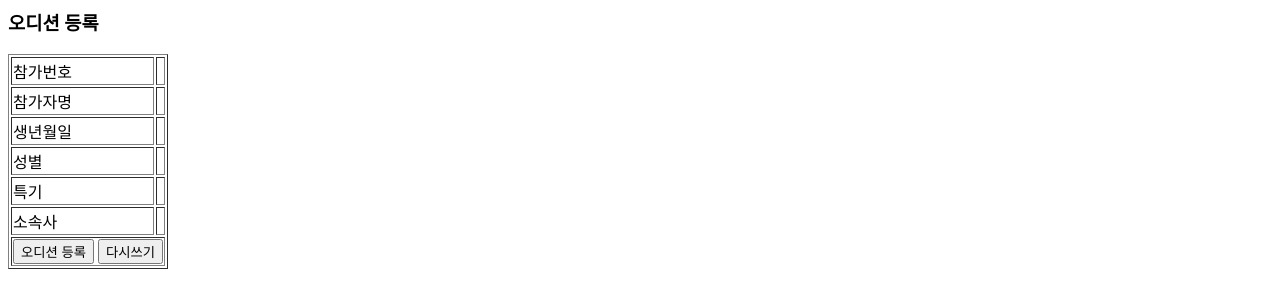
Repository: JQWJ/oudition_jsp
Page: http://localhost/oudition_pro/action/insert_oudition.jsp
These files come from the project's save history. The page is drawn as it stood at one moment and after the next save; the edit follows.
The browser window is 1280 px wide. The pictures show the whole page.
The page is served by Tomcat 9.

Above is the page before, as saved 2020-12-09 05:24:01.

After the next save:
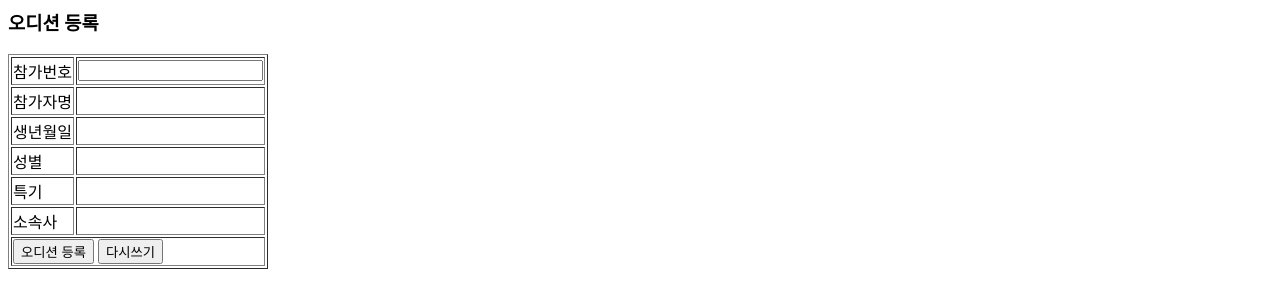
Saved 17 s later.
--- a/oudition_pro/WebContent/action/insert_oudition.jsp
+++ b/oudition_pro/WebContent/action/insert_oudition.jsp
@@ -6,7 +6,7 @@
 	<table border="1">
 		<tr>
 			<td>참가번호</td>
-			<td></td>
+			<td><input type="text" name="artist_id"></td>
 		</tr>
 		<tr>
 			<td>참가자명</td>
